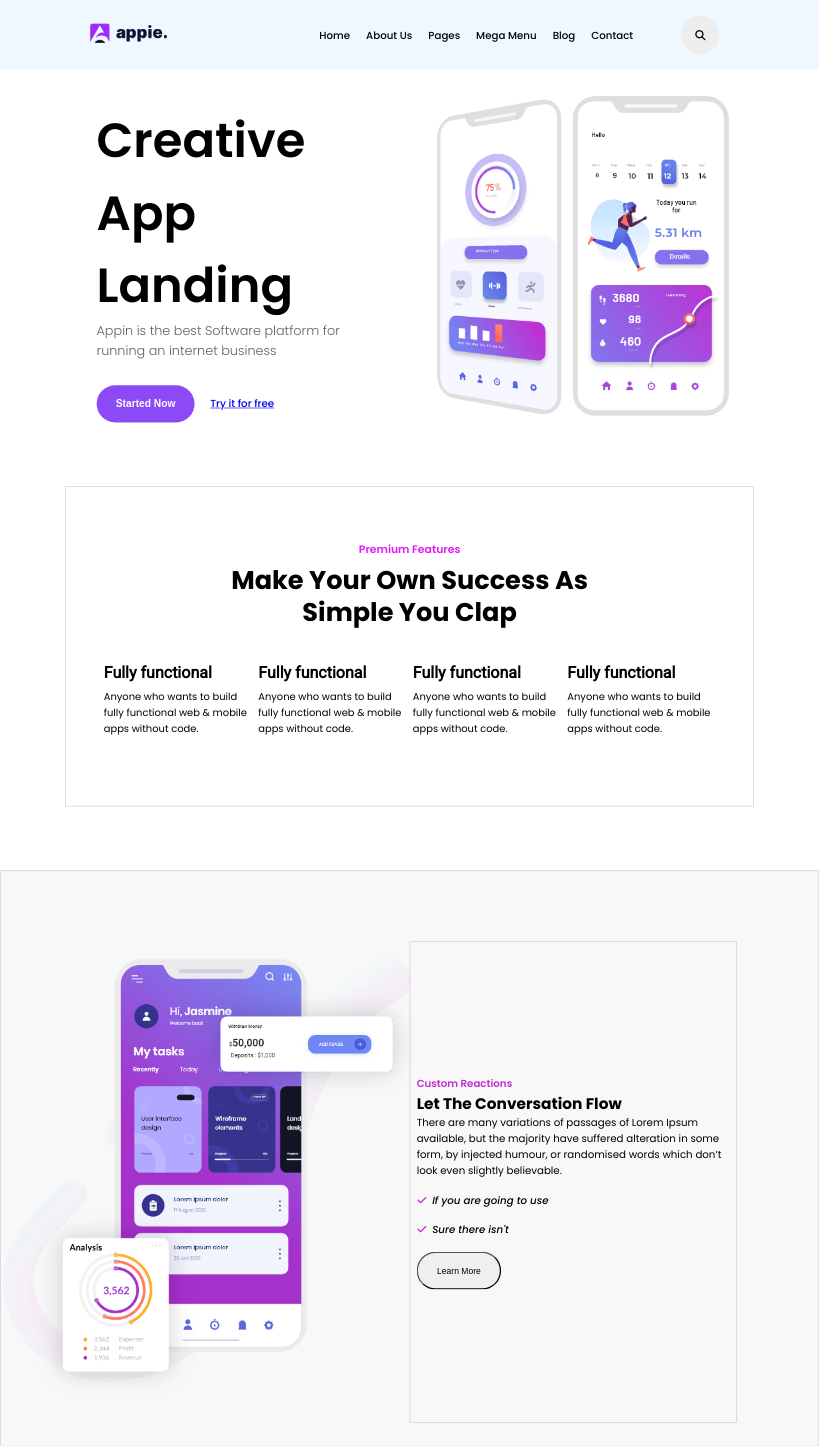
Repository: northpx/landingpage
Page: index.html
These files come from the project's save history. The page is drawn as it stood at one moment and after a run of saves; the edit follows.
The browser window is 1280 px wide. The pictures show the whole page, at 64% of full size.

Above is the page before, as saved 2022-12-28 16:06:10.

### index.html
<!DOCTYPE html>
<html lang="en">

<head>
    <meta charset="UTF-8">
    <meta http-equiv="X-UA-Compatible" content="IE=edge">
    <meta name="viewport" content="width=device-width, initial-scale=1.0">
    <link rel="stylesheet" href="/src/css/style.css">
    <link rel="stylesheet" href="https://cdnjs.cloudflare.com/ajax/libs/font-awesome/6.2.1/css/all.min.css"
        integrity="sha512-MV7K8+y+gLIBoVD59lQIYicR65iaqukzvf/nwasF0nqhPay5w/9lJmVM2hMDcnK1OnMGCdVK+iQrJ7lzPJQd1w=="
        crossorigin="anonymous" referrerpolicy="no-referrer" />
    <title>Document</title>

</head>

<body>
    <div class="container">
        <div class="navbar">
            <div class="logo">
                <div class="logo-img">
                    <img src="image/purple-logo.png" alt="">
                </div>
            </div>
            <div class="menu">
                <div class="menu-list">
                    <ul class="menu-item">
                        <li class="item">Home</li>
                        <li class="item">About Us</li>
                        <li class="item">Pages</li>
                        <li class="item">Mega Menu</li>
                        <li class="item">Blog</li>
                        <li class="item">Contact</li>
                    </ul>
                </div>
                <i class="fa-solid fa-bars"></i>
                <div class="search">
                    <div class="box-search">
                        <i class="fa-solid fa-magnifying-glass"></i>
                    </div>
                </div>
            </div>

        </div>
        <div class="header">
            <div class="header1">
                <div class="content">
                    <div class="header1_content">
                        <h1>Creative <br>App Landing</h1>
                        <h6>Appin is the best Software platform for running an internet business</h6>
                    </div>
                    <button class="btn_start">
                        Started Now
                    </button>
                    <a href="#">Try it for free</a>
                </div>
            </div>
            <div class="header2">
                <div class="header2_image">
                    <img src="image/home1-app-screen.png" alt="">
                </div>
            </div>
        </div>
        <div class="section2">
            <div class="section2_box">
                <div class="section2_title">
                    <p>Premium Features</p>
                    <h2>Make Your Own Success As <br>Simple You Clap</h2>
                </div>
                <div class="section2_content">
                    <div class="section2_content_body">
                        <div class="content1">
                            <div class="content_title">
                                <h2>Fully functional</h2>
                                <p>Anyone who wants to build fully functional web & mobile apps without code.</p>
                            </div>
                        </div>
                        <div class="content1">
                            <div class="content_title">
                                <h2>Fully functional</h2>
                                <p>Anyone who wants to build fully functional web & mobile apps without code.</p>
                            </div>
                        </div>
                        <div class="content1">
                            <div class="content_title">
                                <h2>Fully functional</h2>
                                <p>Anyone who wants to build fully functional web & mobile apps without code.</p>
                            </div>
                        </div>
                        <div class="content1">
                            <div class="content_title">
                                <h2>Fully functional</h2>
                                <p>Anyone who wants to build fully functional web & mobile apps without code.</p>
                            </div>
                        </div>
                    </div>
                </div>
            </div>
        </div>
        <div class="section3_container">
            <div class="section3">
                <div class="section3_img">
                    <div class="image">
                        <img src="image/Screen-1-1.png" alt="">
                    </div>
                </div>
                <div class="section3_content">
                    <div class="content3">
                        <h2>Custom Reactions</h2>
                        <h2>Let The Conversation Flow</h2>
                        <p>
                            There are many variations of passages of Lorem Ipsum available, but the majority have
                            suffered alteration in some form, by injected humour, or randomised words which don’t look
                            even slightly believable.
                        </p>
                        <ul>
                            <li>
                                <i class="fa-solid fa-check"></i>
                                <span>If you are going to use</span>
                            </li>
                            <li>
                                <i class="fa-solid fa-check"></i>
                                <span>Sure there isn't</span>
                            </li>
                        </ul>
                        <div class="btn-section3">
                            <button>Learn More</button>
                        </div>
                    </div>
                </div>
            </div>
        </div>
    </div>

</html>

### src/css/style.css
@import url('https://fonts.googleapis.com/css2?family=Poppins:ital,wght@0,200;0,300;0,400;0,500;0,600;0,700;0,800;0,900;1,200;1,300;1,400;1,500;1,600;1,700;1,800;1,900&family=Roboto&display=swap');
@import url(https://fonts.googleapis.com/css?family=Open+Sans:300,400,700);
*{
    padding: 0;
    margin: 0;
    box-sizing: border-box;
}
body{
    font-family: 'Poppins';
}
.container{
    width: 100%;
    height: 1000px;
    /* overflow: auto; */
}

.navbar{
    display: flex;
    width: 100%;
    height: 110px;
    align-items: center;
    margin: 0 auto;
    padding: 0 11%;
    position: sticky;
    top: 0;
    z-index: 5;
    background-color: aliceblue;
}


.menu{
    display: flex;
    margin-left: auto;
    align-items: center;
}

.menu .menu-item{
    display: flex;
    list-style-type: none;
}

.item{
    margin-right: 25px;
    font-weight: 500;
}

.search{
    margin-left: 50px;
    margin-right: 5px;
    align-items: center;
}
.box-search{
    width: 60px;
    height: 60px;
    background: #efeeee;
    color: rgb(4, 4, 4);
    display: inline-flex;
    align-items: center;
    justify-content: center;
    border-radius: 50%;
    margin-right: 10px;
}

.fa-solid.fa-bars{
    display: none;
}

.header{
    width: 78%;
    height: 550px;
    margin: 0 auto;
}

.header1{
    float: left;
    width: 50%;
    height: 550px;
    position: relative;
}
.header2{
    float: left;
    width: 50%;
    height: 550px;
    position: relative;
}
.header::after{
    content: "";
    display: table;
    clear: both;
}

.content{
    position: absolute;
    width: 90%;
    bottom: 0;
    left: 0;
    padding-left: 10px;
}
.header2_image{
    position: absolute;
    right: 0;
    bottom: 0;
}

.btn_start{
    border-radius: 30px;
    padding: 20px 30px;
    font-size: 16px;
    font-weight: 600;
    color: white;
    margin-right: 20px;
    border: none;
    outline: none;
    background-color: rgb(140, 74, 246);
}

a{
    font-size: 16px;
    font-weight: 500;
}

.header1_content{
    margin-bottom: 40px;
}
h1{
    font-size: 75px;
    font-weight: 600;
}

h6{
    font-weight: 300;
    font-size: 20px;
    color: rgb(97, 97, 97);
}

.section2{
    width: 84%;
    height: 500px;
    display: flex;
    flex-direction: column;
    border: 1px solid thistle;
    margin: 100px auto;
    /* margin-top: 100px; */
    align-items: center;
    justify-content: center;
}
.section2_title{
    text-align: center;
}
.section2_title h2{
    font-size: 40px;
    line-height: 50px;
}
.section2_title p{
    font-size: 17px;
    font-weight: 600;
    color: rgb(226, 24, 249);
    margin-bottom: 10px;
}
.section2_box{
    display: flex;
    flex-direction: column;
    margin-bottom: 20px;
    align-items: center;
    justify-content: center;
}

.section2_content{
    width: 100%;
    margin-top: 50px;
}
.section2_content_body{
    width: 90%;
    display: flex;
    margin: 0 auto;
}
.content1{
    width: 25%;
    padding: 5px;
}

.content_title h2{
    font-family: 'Roboto';
    font-weight: bold;
    font-size: 25px;
    margin-bottom: 10px;
}
.content_title p {
    line-height: 25px;
    font-size: 15.5px;
}

.section3_container{
    width: 100%;
    height: 900px;
    border: 1px solid thistle;
    background-color: rgb(248, 248, 248);
    padding: 110px 0px 70px;
}

.section3{
    width: 80%;
    display: flex;
    margin: 0 auto;
}

.section3_img{
    width: 50%;
    align-items: center;
    display: flex;
    flex-wrap: wrap;
    justify-content: center;
    line-height: 30px;
    padding: 10px;
}
.image{
    margin-left: -100px;
}
.section3_img img{
    display: inline-block;
    text-align: left;
}

.section3_content{
    display: flex;
    flex-wrap: wrap;
    align-items: center;
    justify-content: center;
    width: 50%;
    border: 1px solid thistle;
    padding: 10px;
}
.content3{
    width: 100%;
}

.content3 ul{
    list-style-type: none;
    line-height: 30px;
    margin: 20px 0px;
}
.content3 li:nth-child(1){
    padding-bottom: 7px;
}
.content3 li:nth-child(2){
    margin-top: 7px;
}
.content3 span{
    font-style: italic;
    font-weight: 500;
}
.fa-solid.fa-check{
    width: 20px;
    height: 16px;
    color: #c02ed1;
    font-weight: 900;
}

.btn-section3 button{
    padding: 20px 30px;
    border-radius: 40px;
}
.content3 h2:nth-child(1){
    font-size: 16px;
    font-weight: 600;
    color: #c02ed1;
    line-height: 28px;
}
.content3 h2:nth

After the next 2 saves:
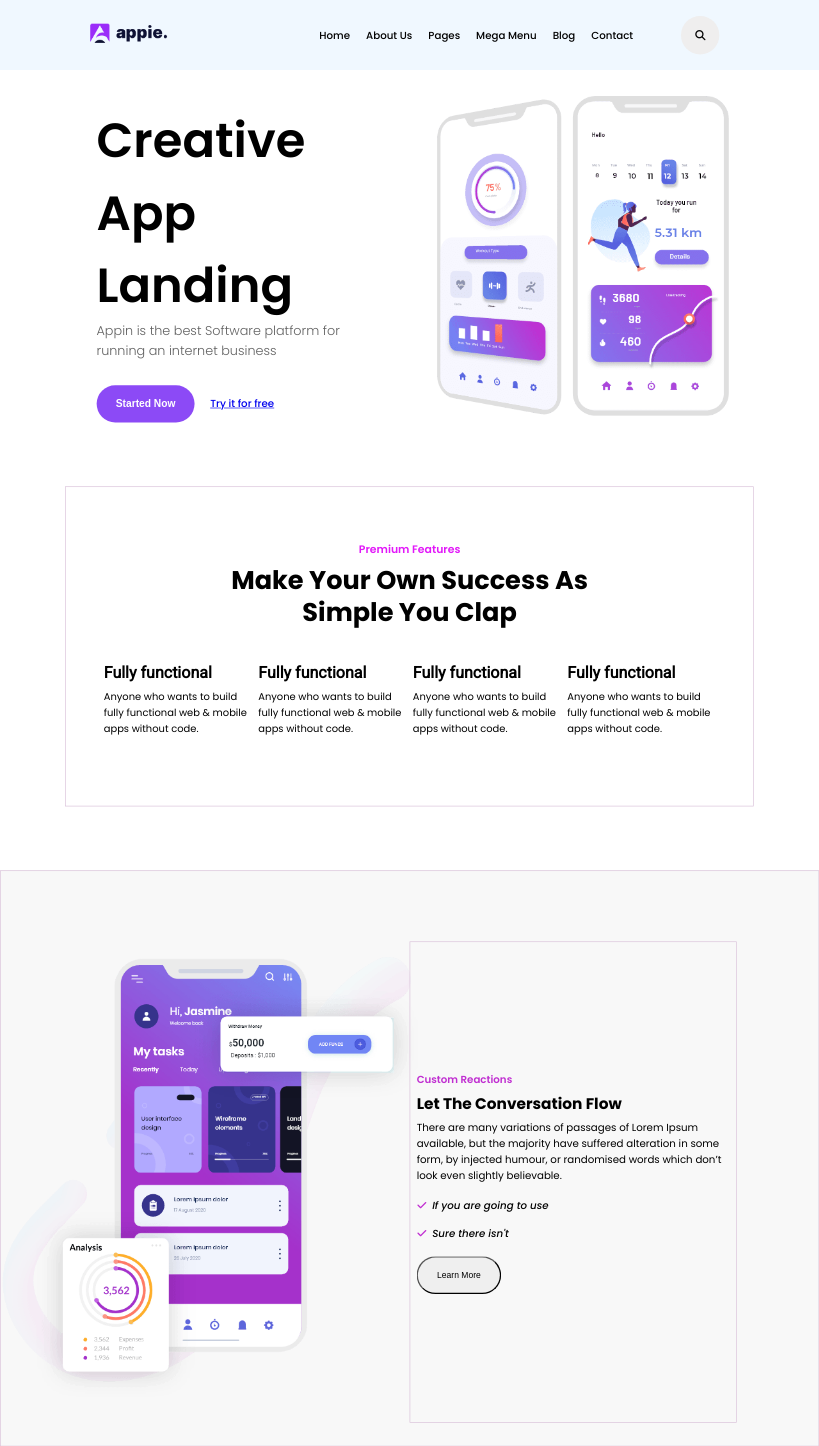
The 2 saves are shown as one change because they came seconds apart.
The last was saved 7 s later.
--- a/src/css/style.css
+++ b/src/css/style.css
@@ -266,4 +266,6 @@ h6{
     color: #c02ed1;
     line-height: 28px;
 }
-.content3 h2:nth
+.content3 h2:nth-child(2){
+    line-height: 48px;
+}
